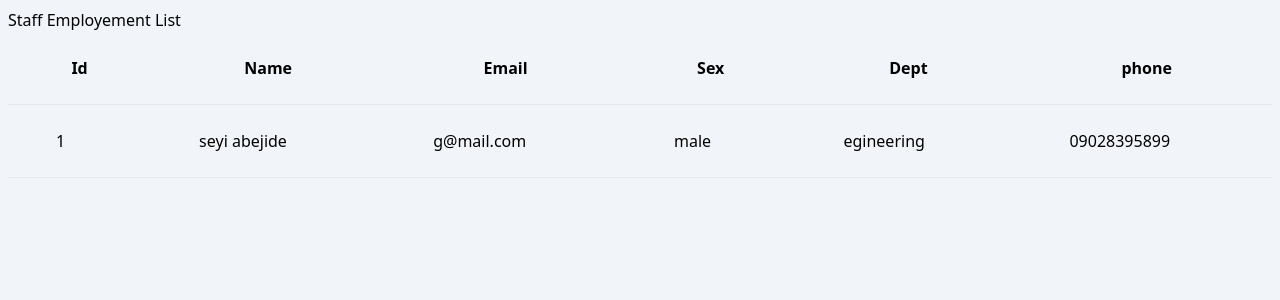
Repository: Semanmernstack/crud
Page: /
The author's editor kept a copy of each file at every save. The page is drawn from the files as they stood at one save, then again after the next save.
The browser window is 1280 px wide. The pictures show the whole page.
The project was rebuilt for these pictures with package versions that can differ from the ones it lists, and the page was loaded fresh each time. Requests to the local data server were answered from the project's data file. Also part of the build but not shown: src/Details.js, src/Create.js, src/Edit.js.

Above is the page before, as saved 2022-12-24 00:41:58.

### src/App.js
import List from "./List";
import {
  BrowserRouter,
  Routes,
  Route,

} from "react-router-dom";
import Details from "./Details";
import Create from "./Create";
import Edit from "./Edit";



function App() {
  return (
    <div className="bg-slate-100 h-screen">
      <BrowserRouter>

      <Routes>
        <Route path="/" element={<List/>}> </Route>
        <Route path="/employee/create" element={<Create/>}> </Route>
        <Route path="/employee/details/:empid" element={<Details/>}> </Route>
        <Route path="/employee/edit/:empid" element={<Edit/>}> </Route>
      </Routes>
      </BrowserRouter>

    </div>
  );
}

export default App;

### src/List.js

import React, { useEffect, useState } from 'react'

function List() {
    const [records, setRecords] = useState("")

    useEffect(() => {
        fetch("http://localhost:8000/employee").then((res) => {
            return res.json()
        }).then((resp) => {
            console.log(resp)
            setRecords(resp)

        })

    }, [])
  return (
    <div className="overflow-x-auto lg:max-w-7xl mx-auto  p-2 items-center   ">

        <p>Staff Employement List</p>


        <table className="  w-[100%]  border-1   " >

            <thead>
                <tr className="border-b">
                    <th scope='col' className=" lg:py-6 lg:px-12 py-3 px-6">Id</th>
                    <th scope='col' className=" lg:py-6 lg:px-12 py-3 px-6">Name</th>
                    <th scope='col' className=" lg:py-6 lg:px-12 py-3 px-6">Email</th>
                    <th scope='col' className=" lg:py-6 lg:px-12 py-3 px-6">Sex</th>
                    <th scope='col' className=" lg:py-6 lg:px-12 py-3 px-6">Dept</th>
                    <th scope='col' className=" lg:py-6 lg:px-12 py-3 px-6">phone</th>

                </tr>
            </thead>
            <tbody>
                {
                    records &&
                    records.map((record) => (
                    <tr className="border-b" key={record.id}>
                        <td className=" lg:py-6 lg:px-12 py-3 px-6">{record.id}</td>
                        <td className=" lg:py-6 lg:px-12 py-3 px-6" >{record.name}</td>
                        <td className=" lg:py-6 lg:px-12 py-3 px-6">{record.email}</td>
                        <td className=" lg:py-6 lg:px-12 py-3 px-6">{record.sex}</td>
                        <td className=" lg:py-6 lg:px-12 py-3 px-6">{record.dept}</td>
                        <td className=" lg:py-6 lg:px-12 py-3 px-6">{record.phone}</td>
                    </tr>
                    ))
                }

            </tbody>

        </table>


    </div>
  )
}

export default List

### db.json
{
  "employee": [
    {
      "id": 1,
      "name": "seyi abejide",
      "email": "g@mail.com",
      "phone": "09028395899",
      "dept": "egineering",
      "sex": "male"

    }
  ]

}

Loaded but not shown: public/index.html (common file); src/index.js (common file); src/index.css (common file); src/reportWebVitals.js (common file); tailwind.config.js (common file)

After the next save:
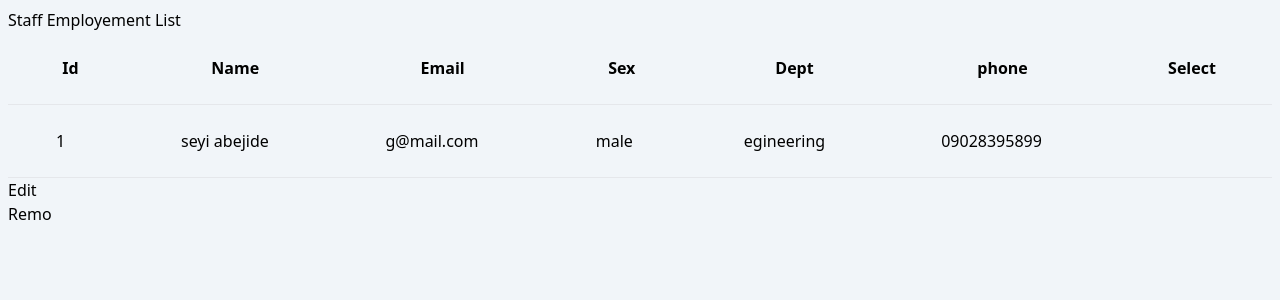
Saved 4 min 55 s later.
--- a/src/List.js
+++ b/src/List.js
@@ -30,6 +30,7 @@ function List() {
                     <th scope='col' className=" lg:py-6 lg:px-12 py-3 px-6">Sex</th>
                     <th scope='col' className=" lg:py-6 lg:px-12 py-3 px-6">Dept</th>
                     <th scope='col' className=" lg:py-6 lg:px-12 py-3 px-6">phone</th>
+                    <th scope='col' className=' lg:py-6 lg:px-12 py-3 px-6'>Select</th>
 
                 </tr>
             </thead>
@@ -52,6 +53,11 @@ function List() {
 
         </table>
 
+        <div>
+            <p>Edit</p>
+            <p>Remo</p>
+        </div>
+
 
     </div>
   )
